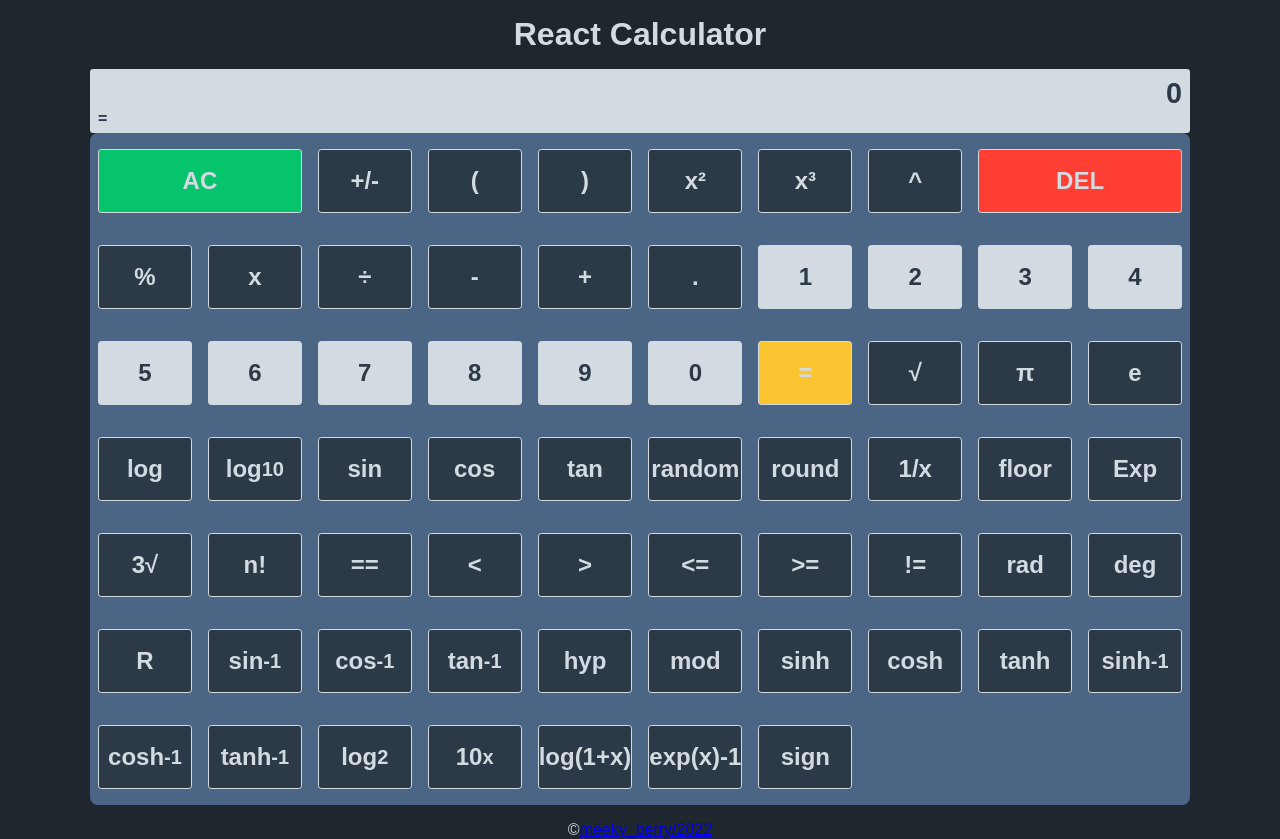
Repository: MikkyPrestige/calculator
Page: /
An editor plug-in stored every save of this project. The page is shown before and after the next save, followed by the edit.
The browser window is 1280 px wide. The pictures show the whole page.
The project was rebuilt for these pictures with package versions that can differ from the ones it lists, and the page was loaded fresh each time.

Above is the page before, as saved 2022-11-17 22:13:54.

After the next save:
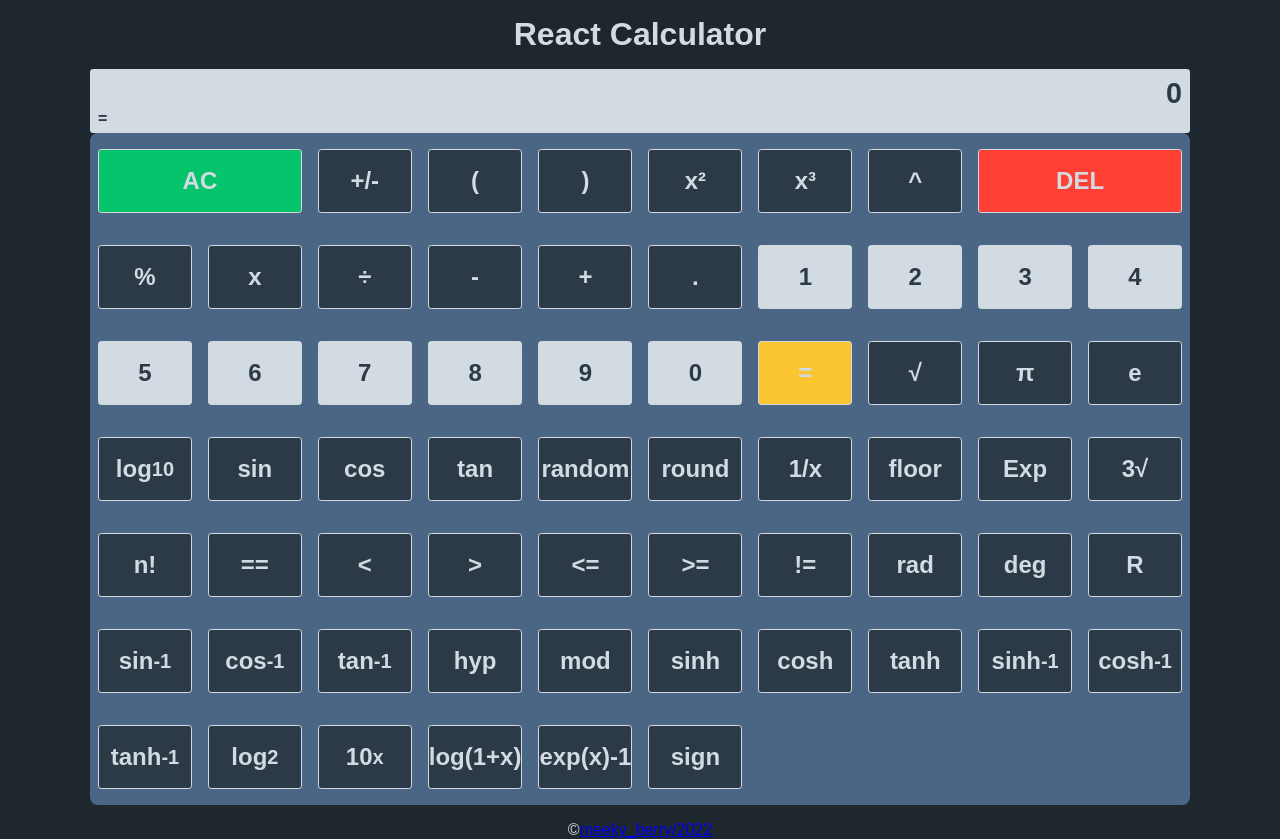
Saved 81 s later.
--- a/src/App.js
+++ b/src/App.js
@@ -558,7 +558,6 @@ function App() {
           <button onClick={squareRoot} className='operator sqrt'>√</button>
           <button onClick={pi} className='operator pie'>π</button>
           <button onClick={e} className='operator exponent'>e</button>
-          <button onClick={log} className='operator log'>log</button>
           <button onClick={log10} className='operator logTen'>log<sub>10</sub></button>
           <button onClick={sin} className='operator sin'>sin</button>
           <button onClick={cos} className='operator cos'>cos</button>
